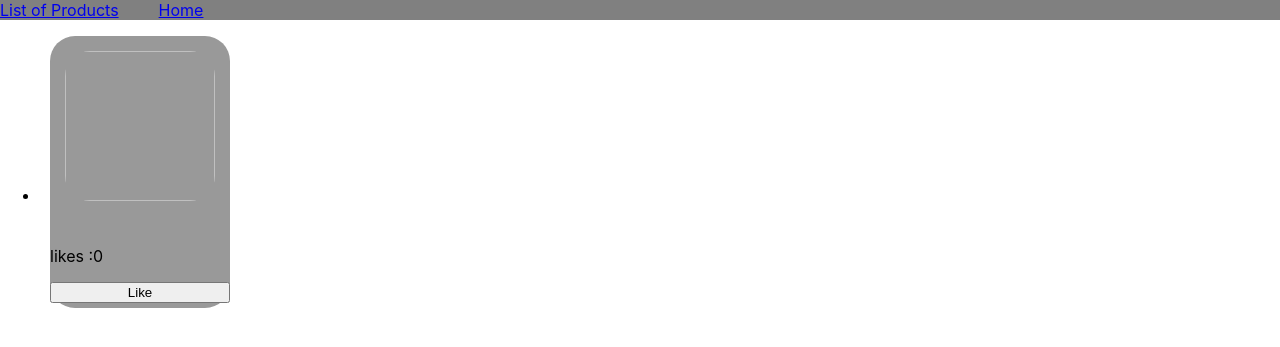
Repository: HibaMateur/atelier1-React
Page: /products/details/Juice bottle
These files come from the project's save history. The page is drawn as it stood at one moment and after the next save; the edit follows.
The browser window is 1280 px wide. The pictures show the whole page.
The project was rebuilt for these pictures with package versions that can differ from the ones it lists, and the page was loaded fresh each time. Also part of the build but not shown: src/App.css, src/component/home.component.jsx, src/component/product.list.component.jsx.

Above is the page before, as saved 2022-02-10 21:47:33.

### src/App.js
import { BrowserRouter, Route, Routes, Switch } from "react-router-dom";
import styled from "styled-components";
import "./App.css";
import Home from "./component/home.component";
import ProductsDetails from "./component/product.details.component";

import ProductList from "./component/product.list.component";
import NavBar from "./navBar/navBar";

function App() {
  return (
    <div>
      <BrowserRouter>
        <NavBar />
        <Routes>
          <Route exact path="/home" element={<Home />}></Route>
          <Route path="/products/list" exact element={<ProductList />}></Route>
          <Route
            path="/products/details/:productName"
            exact
            element={<ProductsDetails />}
          ></Route>
        </Routes>
      </BrowserRouter>
    </div>
  );
}

export default App;

### src/component/product.details.component.jsx
import Product from "./product.component";
import Products from "../product.json";

function ProductsDetails() {
  return (
    <ul>
      <li key={Products.name}>
        <Product price={Products.price} img={Products.img} />
      </li>
    </ul>
  );
}
export default ProductsDetails;

### src/navBar/navBar.jsx
import styled from "styled-components";
import React from "react";
import { Link, NavLink } from "react-router-dom";
const NavBar = () => {
  return (
    <HeaderFrame>
      <Link to="/products/list"> List of Products</Link>

      <Link to="/home"> Home</Link>
    </HeaderFrame>
  );
};
const HeaderFrame = styled.div`
  min-height: 10px;
  min-width: 100%;
  column-gap: 40px;
  background-color: gray;
  display: flex;
  flex-direction: row;
  & > ul {
    list-style: none;
    display: flex;
    & > li:not(:nth-child(1)) {
      margin-left: 10px;
    }
  }
`;
export default NavBar;

### src/component/product.component.jsx
import { Component, useEffect } from "react";
import styled from "styled-components";
import React, { useState } from "react";
import { Link } from "react-router-dom";

function Product(props) {
  const [likes, setLikes] = useState(0);
  const [color, setColor] = useState("");
  const buttonClick = () => {
    setLikes(likes + 1);
    if (likes >= 4) {
      setColor("red");
    }
  };

  return (
    <ProductFrame style={{ background: color }}>
      <ProductImageWrapper>
        <ProductImage src={props.img}></ProductImage>
      </ProductImageWrapper>
      <Link to={`/products/details/${props.name}`}>
        <ProductInfoWrapper>{props.name}</ProductInfoWrapper>
      </Link>
      <ProductInfoWrapper>{props.price}</ProductInfoWrapper>
      <p>likes :{likes}</p>

      <ProductInfoWrapper>
        <button onClick={buttonClick}>Like</button>
      </ProductInfoWrapper>
    </ProductFrame>
  );
}
const ProductFrame = styled.div`
  width: 180px;
  border-radius: 25px;

  background-color: rgb(110, 110, 110, 0.7);
  margin: 10px;
  display: flex;
  flex-direction: column;
  flexwrap: "wrap";
`;
const ProductImageWrapper = styled.div`
  margin: 15px;
  max-width: 100%;
`;
const ProductImage = styled.img`
  width: 100%;
  height: 150px;
  border-radius: 25px;
`;
const ProductInfoWrapper = styled.div`
  margin-top: auto;
  margin-bottom: 5px;
  display: flex;
  flex-direction: column;
  & > span {
    text-align: center`;

export default Product;

### src/product.json
[
  {
    "name": "Water bottle",
    "price": "0.6",
    "img": "https://previews.123rf.com/images/eugene78/eugene781702/eugene78170200180/71940602-blank-plastic-water-bottle.jpg"
  },
  {
    "name": "Juice bottle",
    "price": "1.5",
    "img": "https://5.imimg.com/data5/JD/FY/MY-2693864/juice-bottle-500x500.jpg"
  },
  {
    "name": "Milk",
    "price": "1.2",
    "img": "https://lakelandcamel.scene7.com/is/image/LakelandCamel/26391_1?$800$"
  }
]

Loaded but not shown: public/index.html (common file); src/index.js (common file); src/index.css (common file); src/reportWebVitals.js (common file)

After the next save:
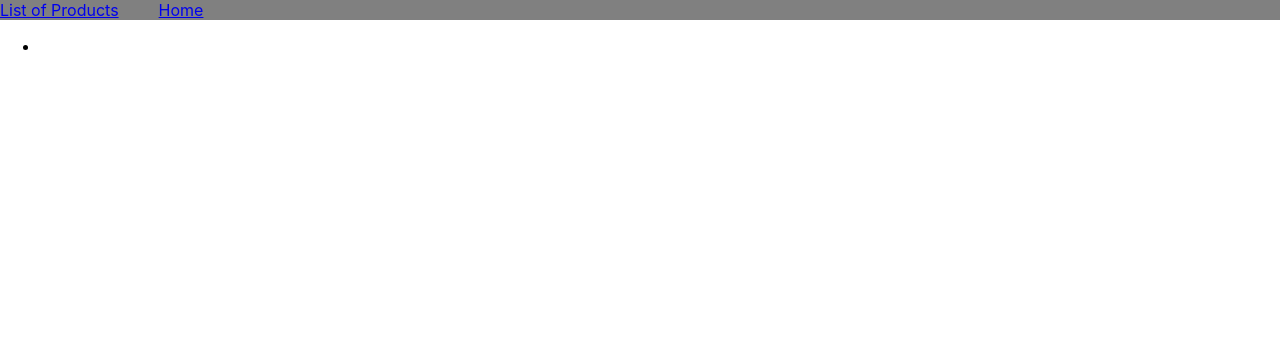
Saved 45 s later.
--- a/src/component/product.details.component.jsx
+++ b/src/component/product.details.component.jsx
@@ -5,7 +5,8 @@ function ProductsDetails() {
   return (
     <ul>
       <li key={Products.name}>
-        <Product price={Products.price} img={Products.img} />
+        {Products.price}
+        {Products.img}
       </li>
     </ul>
   );
